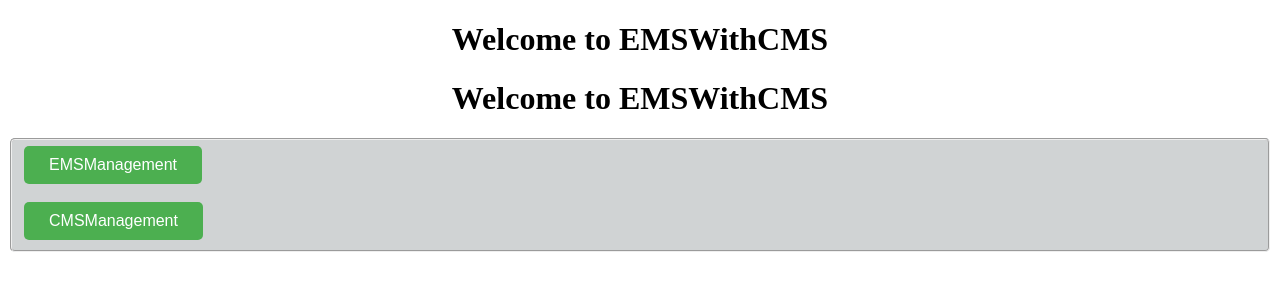
Repository: varnittyagi120/javaproject2
Page: eclipse-workspaceone/CMSWithEMSUsingServletInOptmiseWay/WebContent/index.html
These files come from the project's save history. The page is drawn as it stood at one moment and after the next save; the edit follows.
The browser window is 1280 px wide. The pictures show the whole page.

Above is the page before, as saved 2019-11-19 09:20:22.

### eclipse-workspaceone/CMSWithEMSUsingServletInOptmiseWay/WebContent/index.html
<!DOCTYPE html>
<html>
<style>
.button{
  background-color: #4CAF50;
  border: none;
  color: white;
  padding: 10px 25px;
  text-align: center;
  text-decoration: none;
  display: inline-block;
  font-size: 16px;

  border-radius:5px;
}

</style>
<body>
        <center><h1>Welcome to EMSWithCMS</h1>
        <h1>Welcome to EMSWithCMS</h1></center>
        <fieldset Style='background-color:#D0D3D4;border-radius:5px;'>
            <le</legend>
			    <a href = "StartOfEMS"><button class="button" >EMSManagement</button></a><br><br>
	 		    <a href = "StartOfCMS"><button class="button" >CMSManagement</button></a>
        </fieldset>
</body>
</html>

After the next save:
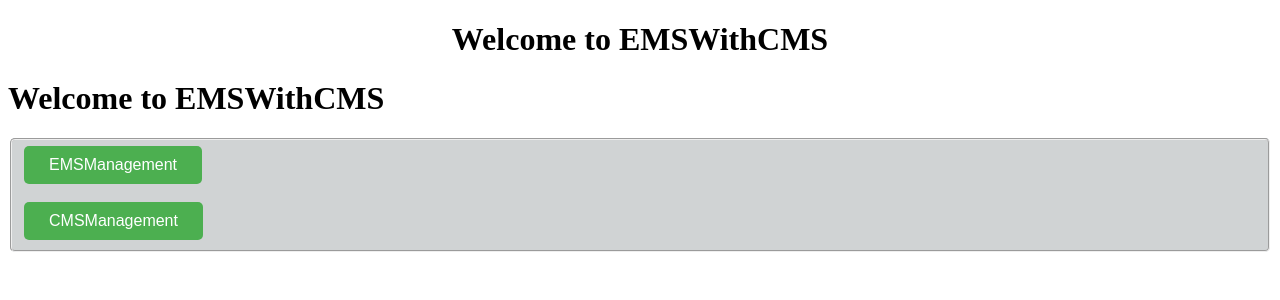
Saved 17 s later.
--- a/eclipse-workspaceone/CMSWithEMSUsingServletInOptmiseWay/WebContent/index.html
+++ b/eclipse-workspaceone/CMSWithEMSUsingServletInOptmiseWay/WebContent/index.html
@@ -16,8 +16,8 @@
 
 </style>
 <body>
-        <center><h1>Welcome to EMSWithCMS</h1>
-        <h1>Welcome to EMSWithCMS</h1></center>
+        <center><h1>Welcome to EMSWithCMS</h1></center>
+        <h1>Welcome to EMSWithCMS</h1>
         <fieldset Style='background-color:#D0D3D4;border-radius:5px;'>
             <le</legend>
 			    <a href = "StartOfEMS"><button class="button" >EMSManagement</button></a><br><br>
